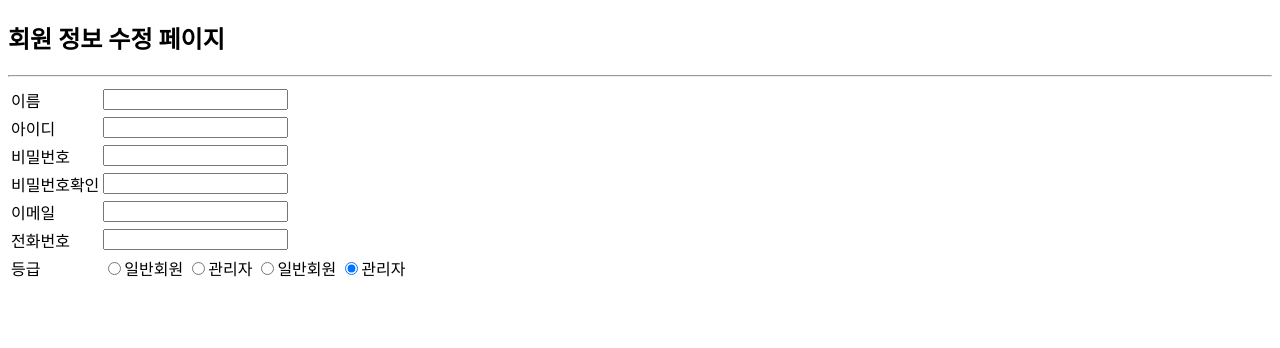
Repository: totesbk/JSP-
Page: http://localhost/web09/MemberUpdate.do
These files come from the project's save history. The page is drawn as it stood at one moment and after the next save; the edit follows.
The browser window is 1280 px wide. The pictures show the whole page.
The page is served by Tomcat 9. Other server files are loaded and not shown. Queries for data that is not in the repository find no rows.

Above is the page before, as saved 2020-10-14 05:46:49.

### web09/WebContent/member/memberUpdate.jsp
<%@ page language="java" contentType="text/html; charset=UTF-8"
    pageEncoding="UTF-8"%>
<!DOCTYPE html>
<html>
<head>
<meta charset="UTF-8">
<title>회원 정보 수정 페이지</title>
<script type="text/javascript" src="script/member.js"></script>
</head>
<body>
<h2>회원 정보 수정 페이지</h2>
<hr>
<form action="memberUpdate.do" method="POST">
	<table>
		<tr>
			<td>이름</td>
			<td>
			<input type="text" name="name" size="20" value="${mVo.name}" readonly>
			</td>
		</tr>
		<tr>
			<td>아이디</td>
			<td>
			<input type="text" name="userid" size="20" value="${mVo.userid}" readonly>
			</td>
		</tr>
		<tr>
			<td>비밀번호</td>
			<td>
			<input type="password" name="userpwd" size="20">
			</td>
		</tr>
		<tr>
			<td>비밀번호확인</td>
			<td>
			<input type="password" name="pwd_check" size="20">
			</td>
		</tr>
		<tr>
			<td>이메일</td>
			<td>
			<input type="password" name="email" size="20" value="${mVo.email}">
			</td>
		</tr>
		<tr>
			<td>전화번호</td>
			<td>
			<input type="password" name="phone" size="20" value="${mVo.phone}">
			</td>
		</tr>
		<tr>
			<td>등급</td>
			<td>
				<c:choose>
					<c:when test="${mVo.admin==0}">
						<input type="radio" name="admin" value="0" checked="checked">일반회원
						<input type="radio" name="admin" value="1">관리자
					</c:when>
					<c:when test="${mVo.admin==1}">
					<input type="radio" name="admin" value="0">일반회원
					<input type="radio" name="admin" value="1" checked="checked">관리자
					</c:when>
				</c:choose>
			</td>
		</tr>
	</table>

</form>
</body>
</html>

### web09/src/com/green/controller/MemberUpdate.java
package com.green.controller;

import java.io.IOException;

import javax.servlet.RequestDispatcher;
import javax.servlet.ServletException;
import javax.servlet.annotation.WebServlet;
import javax.servlet.http.HttpServlet;
import javax.servlet.http.HttpServletRequest;
import javax.servlet.http.HttpServletResponse;

import com.green.vo.MemberDAO;
import com.green.vo.MemberVO;

/**
 * Servlet implementation class MemberUpdate
 */
@WebServlet("/MemberUpdate.do")
public class MemberUpdate extends HttpServlet {
	private static final long serialVersionUID = 1L;

    /**
     * @see HttpServlet#HttpServlet()
     */
    public MemberUpdate() {
        super();
        // TODO Auto-generated constructor stub
    }

	/**
	 * @see HttpServlet#doGet(HttpServletRequest request, HttpServletResponse response)
	 */
	protected void doGet(HttpServletRequest request, HttpServletResponse response) throws ServletException, IOException {
		String userid = request.getParameter("userid");

		MemberDAO dao = MemberDAO.getInstance();
		MemberVO mVo = dao.getMember(userid);

		request.setAttribute("mVo", mVo);

		RequestDispatcher dispatcher =
				request.getRequestDispatcher("member/memberUpdate.jsp");
		dispatcher.forward(request, response);
	}

	/**
	 * @see HttpServlet#doPost(HttpServletRequest request, HttpServletResponse response)
	 */
	protected void doPost(HttpServletRequest request, HttpServletResponse response) throws ServletException, IOException {
		// TODO Auto-generated method stub
		doGet(request, response);
	}

}

### web09/src/com/green/vo/MemberDAO.java
package com.green.vo;

import java.sql.Connection;
import java.sql.PreparedStatement;
import java.sql.ResultSet;

import javax.naming.Context;
import javax.naming.InitialContext;
import javax.sql.DataSource;

public class MemberDAO {//데이터베이스 연동을 위한 클래스


	/////////////////////////////////////////
	//3단계
	private MemberDAO(){}

	private static MemberDAO dao = new MemberDAO();

	public static MemberDAO getInstance() {
		return dao;
	}
	/////////////////////////////////////////
	//4단계 DBCP 등록 => 데이터베이스 접속용 메소드

	public Connection getConnection() throws Exception{
		Connection conn = null;
		Context initContext = new InitialContext();
		Context envContext  = (Context)initContext.lookup("java:/comp/env");
		DataSource ds = (DataSource)envContext.lookup("jdbc/myoracle");
		conn = ds.getConnection();

		return conn;
	}
	////////////////////////////////////////////////
	//8단계
	// +찾아온 회원 정보를 통해서 비밀번호 일치 여부로 인증처리하는 기능

	//아이디를 통해서 회원 정보 찾아오기
	public MemberVO getMember(String userid) {
		MemberVO mVo = null;
		String sql = "SELECT * FROM member WHERE userid = ?";
		Connection conn = null;
		PreparedStatement psmt = null;
		ResultSet rs = null;

		try {
			conn = getConnection();
			psmt = conn.prepareStatement(sql);
			psmt.setString(1, userid);

			rs = psmt.executeQuery();

			if(rs.next()) {
				mVo = new MemberVO();
				mVo.setName(rs.getString("name"));
				mVo.setUserid(rs.getString("userid"));
				mVo.setUserpwd(rs.getString("userpwd"));
				mVo.setEmail(rs.getString("email"));
				mVo.setPhone(rs.getString("phone"));
				mVo.setAdmin(rs.getInt("admin"));
			}

		}catch(Exception e) {
			e.printStackTrace();
		}finally {
			try {
				if(rs != null)rs.close();
				if(psmt != null)psmt.close();
				if(conn != null)conn.close();
			}catch(Exception e) {
				e.printStackTrace();
			}
		}
		return mVo;

 	}

	//사용자 인증 처리 메소드
	public int userCheck(String userid,String userpwd) {
		int result = -1;
		String sql = "SELECT userpwd FROM member WHERE userid = ?";

		Connection conn = null;
		PreparedStatement psmt = null;
		ResultSet rs = null;

		try {
			conn = getConnection();
			psmt = conn.prepareStatement(sql);
			psmt.setNString(1, userid);

			rs = psmt.executeQuery();

			if(rs.next()) {
				if(rs.getString("userpwd")!=null && rs.getString("userpwd").equals(userpwd)) {
					result = 1;//로그인 성공
				}else {
					result = 0;	//비밀번호가 null이거나, 비밀번호가 일치하지않는 경우
				}

			}else { //아이디를 찾을 수 없는 경우
				result = -1;
			}

		}catch(Exception e) {
			e.printStackTrace();
		}finally {
			try {
				if(rs != null)rs.close();
				if(psmt != null)psmt.close();
				if(conn != null)conn.close();
			}catch(Exception e) {
				e.printStackTrace();
			}
		}
		return result;
	}
	//아이디 중복 체크를 위한 메소드
	public int confirmID(String userid) {
		int result = -1;
		String sql = "SELECT userid FROM member WHERE userid=?";

			Connection conn = null;
			PreparedStatement psmt = null;
			ResultSet rs = null;

			try {
				conn = getConnection();
				psmt = conn.prepareStatement(sql);
				psmt.setNString(1, userid);

				rs = psmt.executeQuery();

				if(rs.next()) { //아이디가 존재=> 중복
					result=1;
				}else {//아이디가 부존재 =? 중복X
					result=-1;
				}

			}catch(Exception e) {
				e.printStackTrace();
			}finally {
				try {
					if(rs != null)rs.close();
					if(psmt != null)psmt.close();
					if(conn != null)conn.close();
				}catch(Exception e) {
					e.printStackTrace();
				}
			}
			return result;
	}
	//회원 가입시 적용할 쿼리문 작성할 메소드
	public int insertMember(MemberVO mVo) {
		int result = -1;

		String sql =  "INSERT INTO member VALUES(?,?,?,?,?,?)";

		Connection conn = null;
		PreparedStatement psmt = null;

		try {
			conn = getConnection();
			psmt = conn.prepareStatement(sql);

			psmt.setString(1,mVo.getName());
			psmt.setString(2,mVo.getUserid());
			psmt.setString(3,mVo.getUserpwd());
			psmt.setString(4,mVo.getEmail());
			psmt.setString(5,mVo.getPhone());
			psmt.setInt(6,mVo.getAdmin());

			result = psmt.executeUpdate();
		}catch(Exception e) {
			e.printStackTrace();
		}finally {
			try {
				if(psmt!=null)psmt.close();
				if(conn!=null)conn.close();
			}catch(Exception e) {
				e.printStackTrace();
			}
		}
		return result;
	}









}

### web09/WebContent/script/member.js
/**
 *
 */

function loginCheck(){
	if(document.frm.userid.value.length == 0){
		alert('아이디를 입력 해주세요.');
		frm.userid.focus();
		return false;
	}
	if(document.frm.userpwd.value.length == ""){
		alert('비밀번호는 반드시 입력해야 합니다.');
		frm.userpwd.focus();
		return false;
	}
	return true;
}


function idCheck(){
		if(document.frm.userid.value.length == 0){
		alert('아이디를 입력 해주세요.');
		frm.userid.focus();
		return;
	}
	var url = "idCheck.do?userid="+document.frm.userid.value;
	window.open(url,"_blank_1","toolbar=no,menubar=no,scrollbars=yes,resizable=no,width=450,height=200");
}


function idok(userid){
	opener.frm.userid.value = document.frm.userid.value;
	//opener 부모창  document => 새로열린창
	opener.frm.reid.value = document.frm.userid.value;
	self.close(); //새로열린창 종료
}

function joinCheck(){
	//이름 입력여부
	if(document.frm.name.value.length ==0){
		alert("이름을 입력해 주세요.");
		frm.name.focus();
		return false;
	}
	//아이디 입력여부
	if(document.frm.userid.value.length ==0){
		alert("아이디를 입력해 주세요.");
		frm.userid.focus();
		return false;
	}
	//아이디 길이 4글자 이상
	if(document.frm.userid.value.length < 4){
		alert("아이디는 4글자 이상 이어야 합니다.1");
		frm.userid.focus();
		return false;
	}
	//암호입력여부
	if(document.frm.userpwd.value.length == 0){
		alert("비밀번호를 입력해 주세요.");
		frm.userpwd.focus();
		return false;
	}
	//입력된 암호 일치 어부
	if(document.frm.userpwd.value.length != document.frm.pwd_check.value.length){
		alert("비밀번호가 일치하지 않습니다.");

		document.frm.userpwd.value="";
		document.frm.pwd_check.value="";

		frm.userpwd.focus();
		return false;
	}
	//아이디 중복 체크 여부
	if(document.frm.reid.value.length == 0){
		alert("중복 체크를 하지 않았습니다..");
		frm.userid.focus();
		return false;
	}
	return true;

}

After the next save:
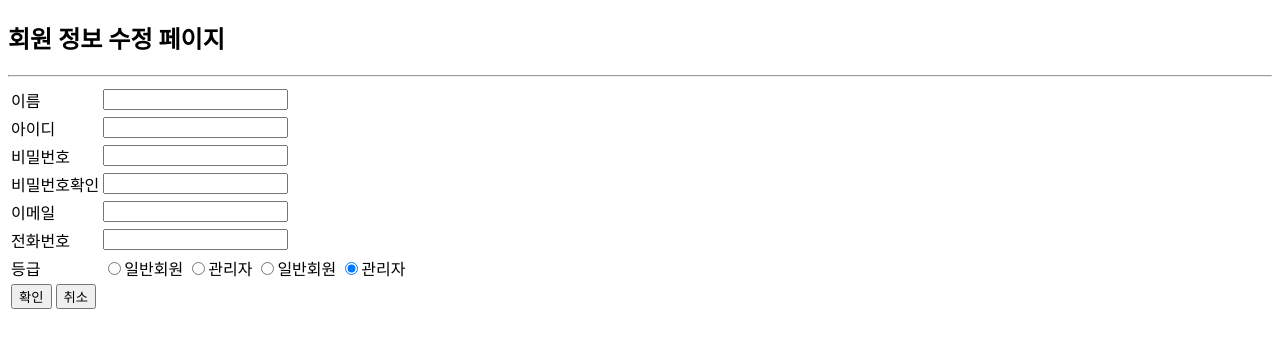
Saved 111 s later.
--- a/web09/WebContent/member/memberUpdate.jsp
+++ b/web09/WebContent/member/memberUpdate.jsp
@@ -63,6 +63,12 @@
 				</c:choose>
 			</td>
 		</tr>
+		<tr>
+			<td colspan="2">
+				<input type="submit" value="확인">
+				<input type="reset" value="취소">
+			</td>
+		</tr>
 	</table>
 
 </form>
